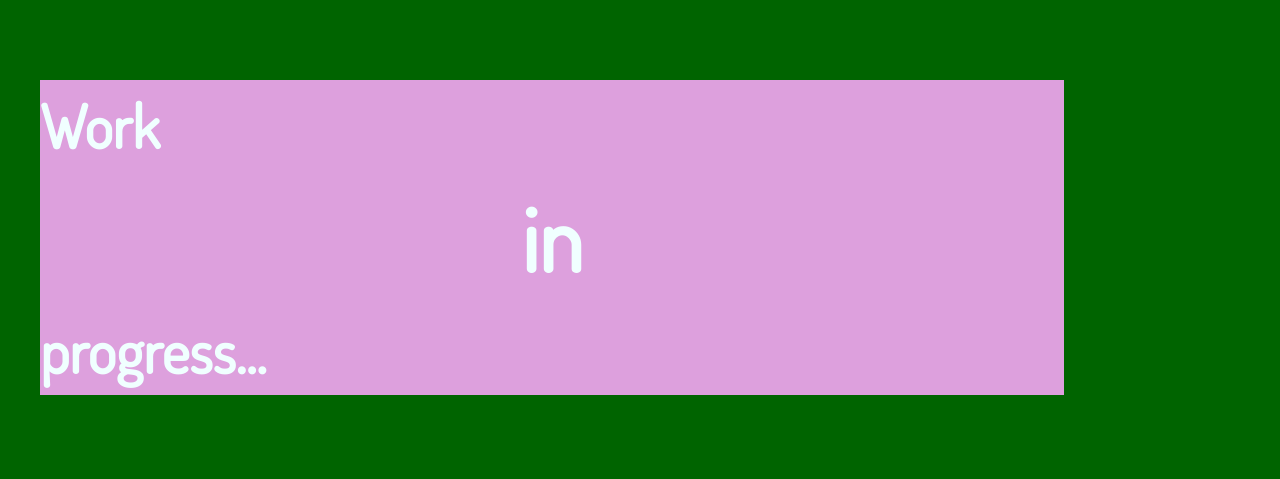
Repository: NollieChtn6/NollieChtn6.github.io
Page: index.html
An editor plug-in stored every save of this project. The page is shown before and after the next save, followed by the edit.
The browser window is 1280 px wide. The pictures show the whole page.

Above is the page before, as saved 2023-11-10 18:10:46.

After the next save:
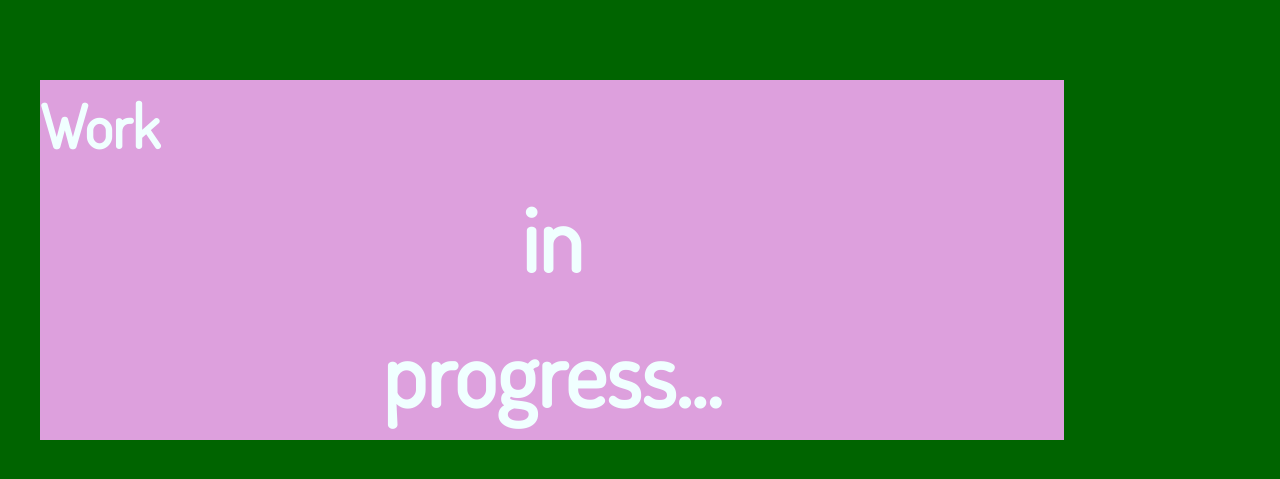
Saved 9 s later.
--- a/css/style.css
+++ b/css/style.css
@@ -70,3 +70,8 @@ h1 {
   align-self: center;
   font-size: 1.5em;
 }
+
+.main__title--level-3 {
+  align-self: center;
+  font-size: 1.5em;
+}
